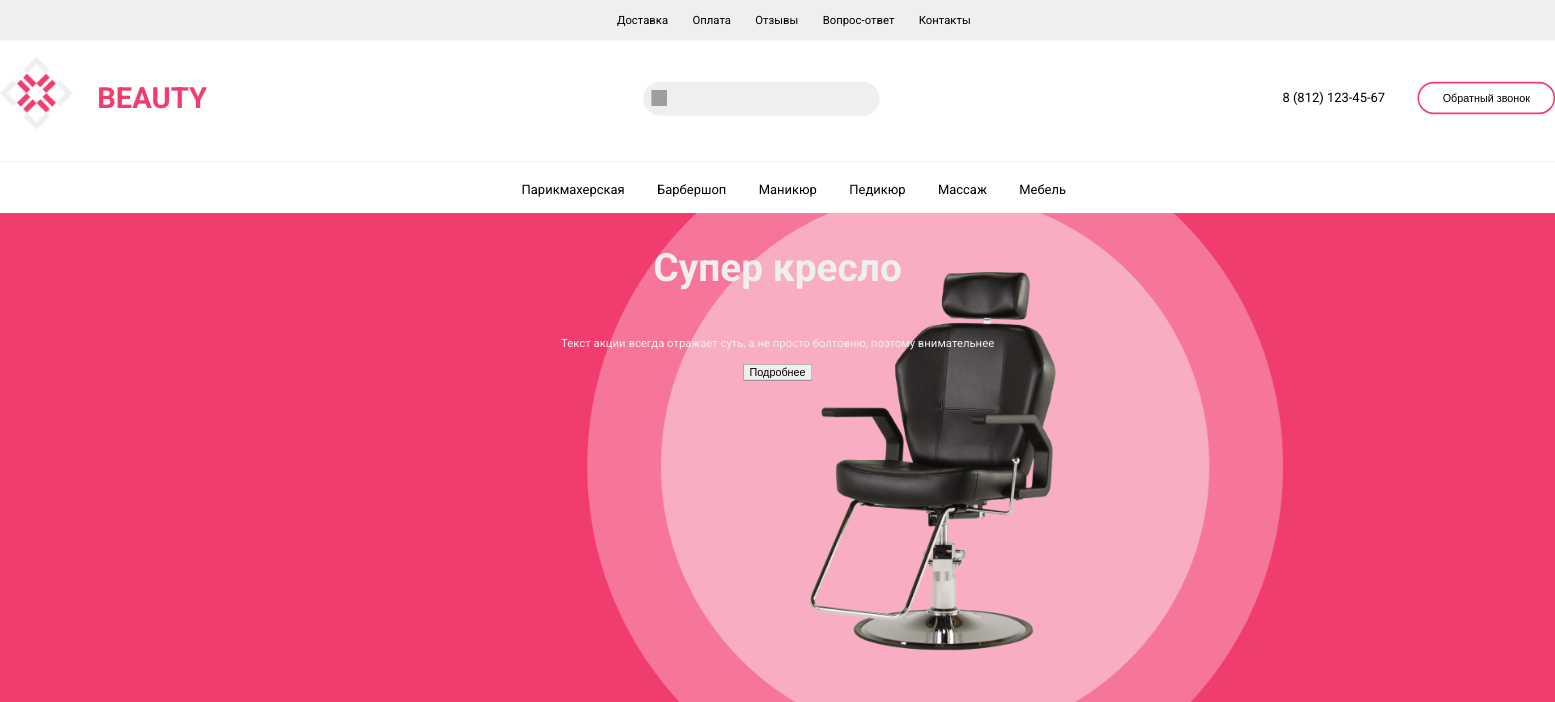
Repository: savannaaaas/verstka
Page: index.html
An editor plug-in stored every save of this project. The page is shown before and after the next save, followed by the edit.
The browser window is 1280 px wide. The page is 1920 px wide, so the pictures cover 1920 px, including what lies to the right of the window. The pictures show the whole page, at 81% of full size.
Pictures or frames that could not be fetched are drawn as grey boxes. Some web fonts or font styles are not loaded; a fallback is used.

Above is the page before, as saved 2025-04-16 00:36:54.

After the next save:
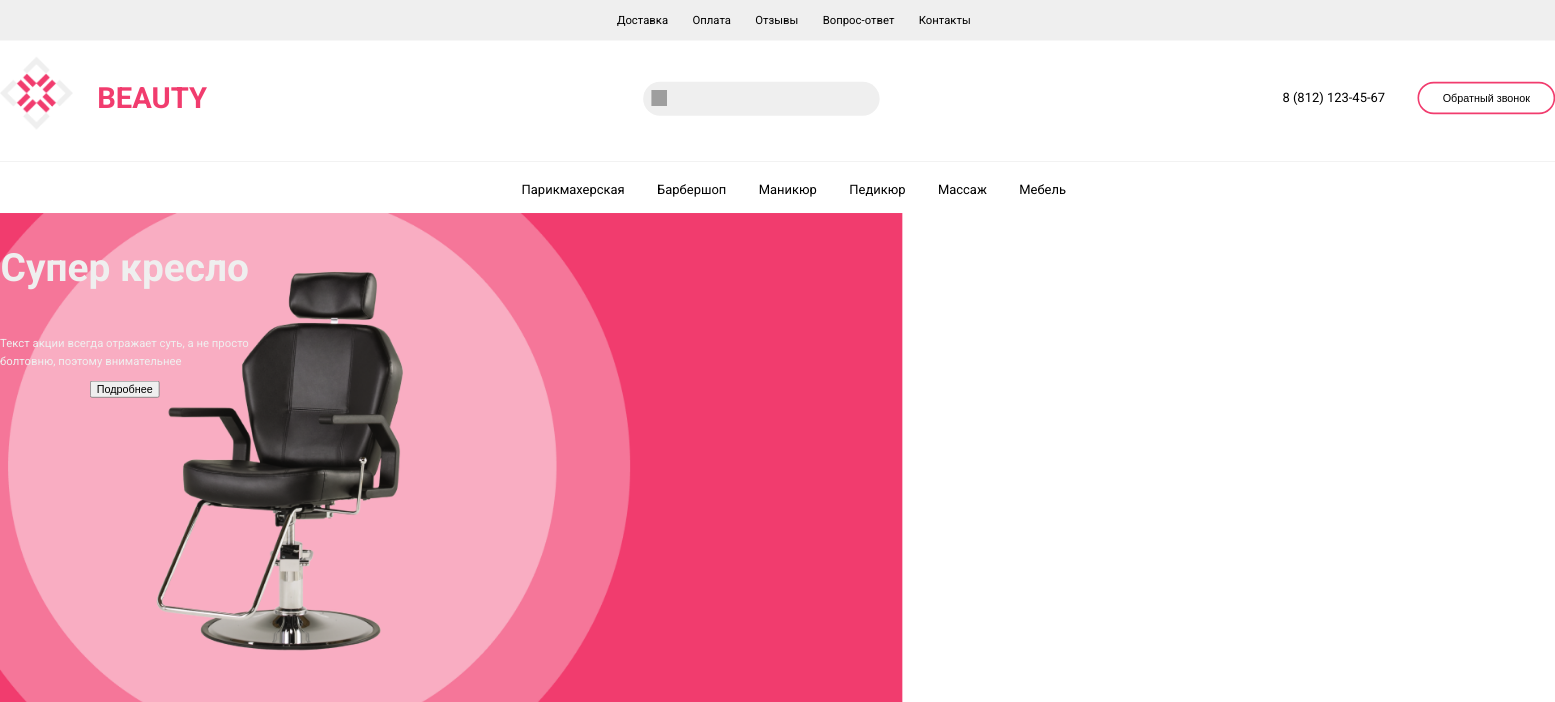
Saved 57 s later.
--- a/style.css
+++ b/style.css
@@ -114,6 +114,7 @@
     align-items: center;
     position: relative;
     flex-direction: column;
+    width: 308px;
 
    }
    .text-armchair{

After the save that followed:
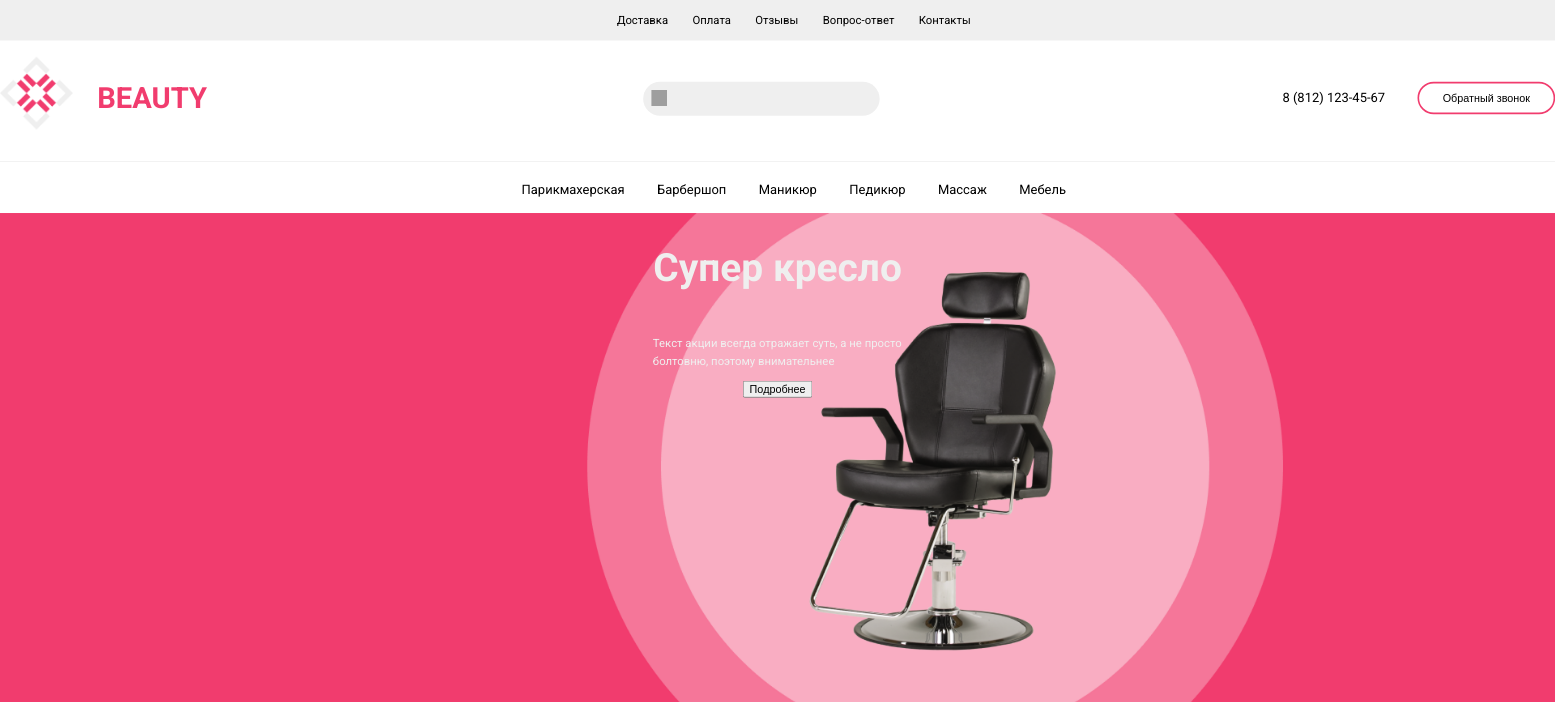
Saved 17 s later.
--- a/style.css
+++ b/style.css
@@ -114,7 +114,6 @@
     align-items: center;
     position: relative;
     flex-direction: column;
-    width: 308px;
 
    }
    .text-armchair{
@@ -122,6 +121,7 @@
     display: flex;
     align-items: center;
     flex-direction: column;
+    width: 308px;
 
    }
    .text-armchair h1{
